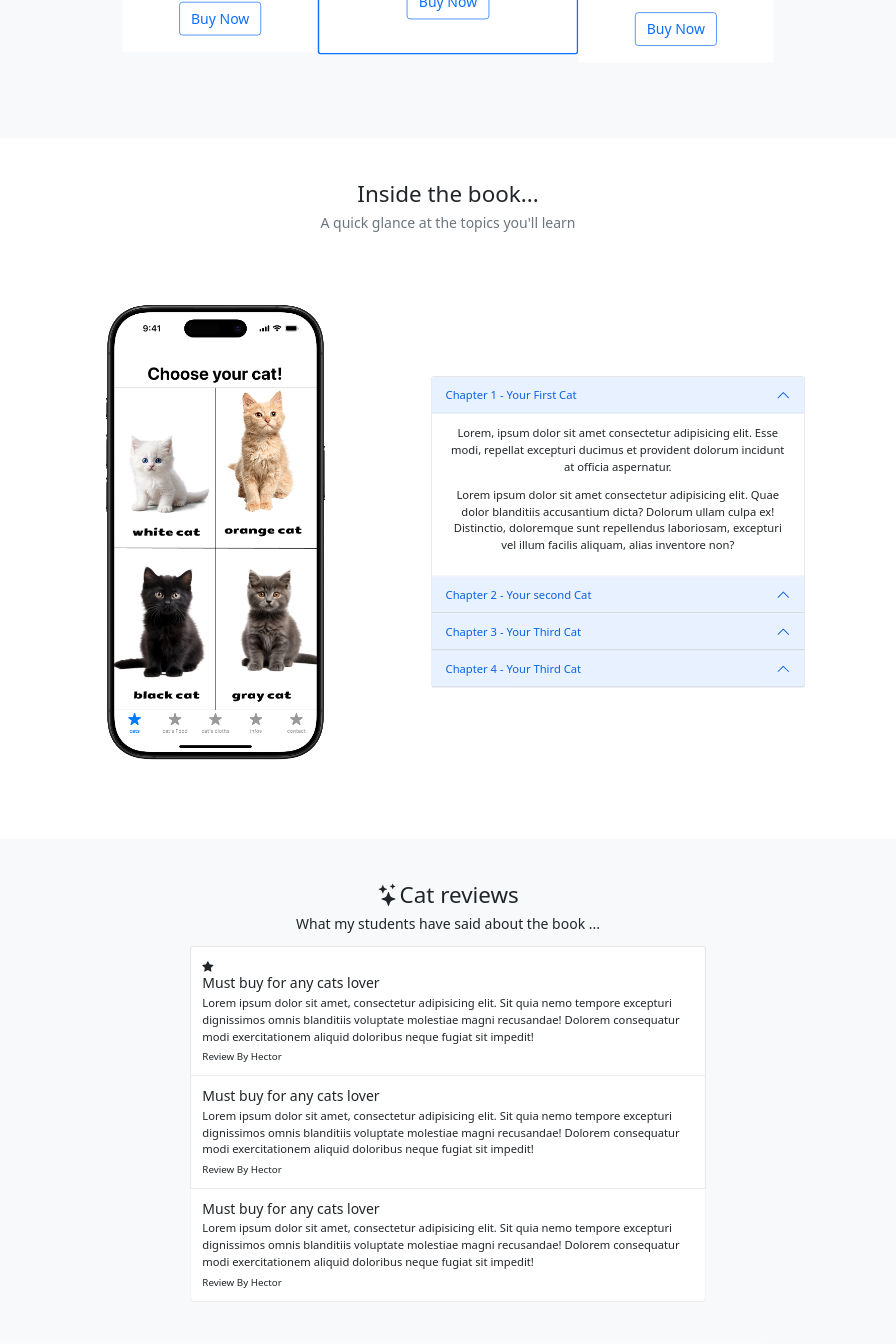
Repository: rihebtlh/catty-storefront
Page: index.html
An editor plug-in stored every save of this project. The page is shown before and after a run of saves, followed by the edit.
The browser window is 1280 px wide. The pictures show the part of the page from y = 1261 to 3181 px (the page is 3181 px tall before and 3157 px after), at 70% of full size.

Above is the page before, as saved 2025-06-18 16:43:45.

### index.html
<!DOCTYPE html>
<html lang="en">
<head>
  <meta charset="UTF-8" />
  <meta name="viewport" content="width=device-width, initial-scale=1.0" />
  <link
    href="https://cdn.jsdelivr.net/npm/bootstrap@5.0.2/dist/css/bootstrap.min.css"
    rel="stylesheet"
    integrity="sha384-EVSTQN3/azprG1Anm3QDgpJLIm9Nao0Yz1ztcQTwFspd3yD65VohhpuuCOmLASjC"
    crossorigin="anonymous"
  />
  <link rel="stylesheet" href="https://cdn.jsdelivr.net/npm/bootstrap-icons@1.13.1/font/bootstrap-icons.min.css">
  <title>Catty</title>
  <style>
    section {
      padding: 60px 0;
    }
  </style>
</head>
<body>
  <!-- Navbar -->
    <nav class="navbar navbar-expand-md navbar-light bg-light">
        <div class="container-xxl">
            <a href="#intro" class="navbar-brand">
                <span class="fw-bold text-secondary">Catty - find your cat</span>
            </a>
      <!-- Toggle button -->
            <button
                class="navbar-toggler"
                type="button"
                data-bs-toggle="collapse"
                data-bs-target="#main-nav"
                aria-controls="main-nav"
                aria-expanded="false"
                aria-label="Toggle navigation">
                <span class="navbar-toggler-icon"></span>
            </button>
      <!-- Navbar links -->
            <div class="collapse navbar-collapse justify-content-end align-center" id="main-nav">
                <ul class="navbar-nav">
                <li class="nav-item">
                    <a class="nav-link" href="#topics">About</a>
                </li>
                <li class="nav-item">
                    <a class="nav-link" href="#reviews">Reviews</a>
                </li>
                <li class="nav-item">
                    <a class="nav-link" href="#contact">Get in Touch</a>
                </li>
                <li class="nav-item d-md-none">
                    <a class="nav-link" href="#pricing">Pricing</a>
                </li>
                <li class="nav-item ms-2 d-none d-md-inline">
                    <a class="btn btn-secondary" href="#pricing">Get it Now</a>
                </li>
                </ul>
            </div>
        </div>
    </nav>

  <!-- Main image & intro text -->
  <section id="intro">
    <div class="container-lg">
      <div class="row justify-content-center align-items-center">
        <div class="col-md-5 text-center text-md-start">
          <h1>
            <div class="display-2">Catty</div>
            <div class="display-5 text-muted">Where every kitty feels at home</div>
          </h1>
          <p class="lead my-4 text-muted">
            Lorem ipsum dolor sit amet consectetur adipisicing elit.
          </p>
          <a href="#pricing" class="btn btn-secondary btn-lg">Get your cat Now!</a>
        </div>
        <div class="col-md-5 text-center d-none d-md-block">
          <img class="img-fluid" src="/assets/catLogo.webp" alt="cat" />
        </div>
      </div>
    </div>
  </section>

    <!-- pricing plans -->
    <!-- pricing plans -->
  <section id="pricing" class="bg-light mt-5">
    <div class="container-lg">
      <div class="text-center">
        <h2>Pricing Plans</h2>
        <p class="lead text-muted">Choose a pricing plan to suit you.</p>
      </div>

      <div class="row my-5 g-0 align-items-center justify-content-center"> <!--g-0 is for the gap so this one there's no gap-->
        <div class="col-8 col-lg-4 col-xl-3">
          <div class="card border-0">
            <div class="card-body text-center py-4">
              <h4 class="card-title">Starter Edition</h4>
              <p class="lead card-subtitle">eBook download only</p>
              <p class="display-5 my-4 text-primary fw-bold">$12.99</p>
              <p class="card-text mx-5 text-muted d-none d-lg-block">Lorem ipsum dolor sit amet consectetur adipisicing elit. Mollitia, vitae magni! Repellat commodi a fuga corporis saepe dolorum.</p>
              <a href="#" class="btn btn-outline-primary btn-lg mt-3">
                Buy Now
              </a>
            </div>
          </div>
        </div>

        <div class="col-9 col-lg-4">
          <div class="card border-primary border-2">
            <div class="card-header text-center text-primary">Most Popular</div>
            <div class="card-body text-center py-5">
              <h4 class="card-title">Complete Edition</h4>
              <p class="lead card-subtitle">eBook download & all updates</p>
              <p class="display-4 my-4 text-primary fw-bold">$18.99</p>
              <p class="card-text mx-5 text-muted d-none d-lg-block">Lorem ipsum dolor sit amet consectetur adipisicing elit. Mollitia, vitae magni! Repellat commodi a fuga corporis saepe dolorum.</p>
              <a href="#" class="btn btn-outline-primary btn-lg mt-3">
                Buy Now
              </a>
            </div>
          </div>
        </div>

        <div class="col-8 col-lg-4 col-xl-3">
          <div class="card border-0">
            <div class="card-body text-center py-4">
              <h4 class="card-title">Ultimate Edition</h4>
              <p class="lead card-subtitle">download, updates & extras</p>
              <p class="display-5 my-4 text-primary fw-bold">$24.99</p>
              <p class="card-text mx-5 text-muted d-none d-lg-block">Lorem ipsum dolor sit amet consectetur adipisicing elit. Mollitia, vitae magni! Repellat commodi a fuga corporis saepe dolorum.</p>
              <a href="#" class="btn btn-outline-primary btn-lg mt-3">
                Buy Now
              </a>
            </div>
          </div>
        </div>
      </div>
    </div><!-- end container -->
  </section>

    <!-- topics at a glance -->
     <section class="topics">
      <div class="container-md"> <!--100% width until meduim screens qt thispoint it will get everything at the middle-->
        <div class="text-center">
          <h2>Inside the book...</h2>
          <p class="lead text-muted">
            A quick glance at the topics you'll learn
          </p>
          <div class="row my-5 g-5 justify-content-around align-items-center">
            <div class="col-6 col-lg-4">
              <img src="/assets/phone.png" class="img-fluid" alt="ebook">
            </div>
            <div class="col-lg-6">
            <!-- accordion 1-->
            <div class="accordion" id="chapters">
              <div class="accordion-item">
                <h2 class="accordion-header" id="heading-1">
                  <button class="accordion-button" type="button" data-bs-toggle="collapse" data-bs-target="#chapter-1" aria-expanded="true" aria-controls="chapter-1">
                    Chapter 1 - Your First Cat
                  </button>
                </h2>
                <div id="chapter-1" class="accordion-collapse collapse show" aria-labelledby="heading-1" data-bs-parent="#chapters">
                  <div class="accordion-body">
                    <p>Lorem, ipsum dolor sit amet consectetur adipisicing elit. Esse modi, repellat excepturi ducimus et provident dolorum incidunt at officia aspernatur.</p>
                    <p>Lorem ipsum dolor sit amet consectetur adipisicing elit. Quae dolor blanditiis accusantium dicta? Dolorum ullam culpa ex! Distinctio, doloremque sunt repellendus laboriosam, excepturi vel illum facilis aliquam, alias inventore non?</p>

                  </div>
                </div>
              </div>
              <!-- accordion 2-->
              <div class="accordion-item">
                <h2 class="accordion-header" id="heading-2">
                  <button class="accordion-button" type="button" data-bs-toggle="collapse" data-bs-target="#chapter-2" aria-expanded="true" aria-controls="chapter-2">
                    Chapter 2 - Your second Cat
                  </button>
                </h2>
                <div id="chapter-2" class="accordion-collapse collapse" aria-labelledby="heading-2" data-bs-parent="#chapters">
                  <div class="accordion-body">
                    <p>Lorem, ipsum dolor sit amet consectetur adipisicing elit. Esse modi, repellat excepturi ducimus et provident dolorum incidunt at officia aspernatur.</p>
                    <p>Lorem ipsum dolor sit amet consectetur adipisicing elit. Quae dolor blanditiis accusantium dicta? Dolorum ullam culpa ex! Distinctio, doloremque sunt repellendus laboriosam, excepturi vel illum facilis aliquam, alias inventore non?</p>
                  </div>
                </div>
              </div>

              <!-- accordion 3-->
              <div class="accordion-item">
                <h2 class="accordion-header" id="heading-3">
                  <button class="accordion-button" type="button" data-bs-toggle="collapse" data-bs-target="#chapter-3" aria-expanded="true" aria-controls="chapter-3">
                    Chapter 3 - Your Third Cat
                  </button>
                </h2>
                <div id="chapter-3" class="accordion-collapse collapse" aria-labelledby="heading-3" data-bs-parent="#chapters">
                  <div class="accordion-body">
                    <p>Lorem, ipsum dolor sit amet consectetur adipisicing elit. Esse modi, repellat excepturi ducimus et provident dolorum incidunt at officia aspernatur.</p>
                    <p>Lorem ipsum dolor sit amet consectetur adipisicing elit. Quae dolor blanditiis accusantium dicta? Dolorum ullam culpa ex! Distinctio, doloremque sunt repellendus laboriosam, excepturi vel illum facilis aliquam, alias inventore non?</p>
                  </div>
                </div>
              </div>

              <!-- accordion 4-->
              <div class="accordion-item">
                <h2 class="accordion-header" id="heading-4">
                  <button class="accordion-button" type="button" data-bs-toggle="collapse" data-bs-target="#chapter-4" aria-expanded="true" aria-controls="chapter-4">
                    Chapter 4 - Your Third Cat
                  </button>
                </h2>
                <div id="chapter-4" class="accordion-collapse collapse" aria-labelledby="heading-4" data-bs-parent="#chapters">
                  <div class="accordion-body">
                    <p>Lorem, ipsum dolor sit amet consectetur adipisicing elit. Esse modi, repellat excepturi ducimus et provident dolorum incidunt at officia aspernatur.</p>
                    <p>Lorem ipsum dolor sit amet consectetur adipisicing elit. Quae dolor blanditiis accusantium dicta? Dolorum ullam culpa ex! Distinctio, doloremque sunt repellendus laboriosam, excepturi vel illum facilis aliquam, alias inventore non?</p>
                  </div>
                </div>
              </div>
              </div>

            </div>

          </div><!--around: spred around any free space (all the gaps are equal)-->
        </div>
      </div>
     </section>



    <!-- reviews list -->
    <section class="bg-light" id="reviews">
      <div class="container-lg">
        <div class="text-center">
          <h2><i class="bi bi-stars"></i>Cat reviews</h2>
          <p class="lead">What my students have said about the book ...</p>
        </div>
        <div class="row justify-content-center">
          <div class="col-lg-8">
            <div class="list-group">
              <div class="list-group-item py-3">
                <i class="bi bi-star-fill"></i>
                <h5 class="mb-1">Must buy for any cats lover</h5>
                <p class="mb-1">Lorem ipsum dolor sit amet, consectetur adipisicing elit. Sit quia nemo tempore excepturi dignissimos omnis blanditiis voluptate molestiae magni recusandae! Dolorem consequatur modi exercitationem aliquid doloribus neque fugiat sit impedit!</p>
                <small>Review By Hector</small>
              </div>
              <div class="list-group-item py-3">
                <h5 class="mb-1">Must buy for any cats lover</h5>
                <p class="mb-1">Lorem ipsum dolor sit amet, consectetur adipisicing elit. Sit quia nemo tempore excepturi dignissimos omnis blanditiis voluptate molestiae magni recusandae! Dolorem consequatur modi exercitationem aliquid doloribus neque fugiat sit impedit!</p>
                <small>Review By Hector</small>
              </div>
              <div class="list-group-item py-3">
                <h5 class="mb-1">Must buy for any cats lover</h5>
                <p class="mb-1">Lorem ipsum dolor sit amet, consectetur adipisicing elit. Sit quia nemo tempore excepturi dignissimos omnis blanditiis voluptate molestiae magni recusandae! Dolorem consequatur modi exercitationem aliquid doloribus neque fugiat sit impedit!</p>
                <small>Review By Hector</small>
              </div>
            </div>
          </div>
        </div>
      </div>
    </section>
    <!-- contact form -->


    <!-- get updates / modal trigger -->

  <!-- Bootstrap JS -->
  <script
    src="https://cdn.jsdelivr.net/npm/bootstrap@5.0.2/dist/js/bootstrap.bundle.min.js"
    integrity="sha384-MrcW6ZMFYlzcLA8Nl+NtUVF0sA7MsXsP1UyJoMp4YLEuNSfAP+JcXn/tWtIaxVXM"
    crossorigin="anonymous"
  ></script>
</body>
</html>

After the next 3 saves:
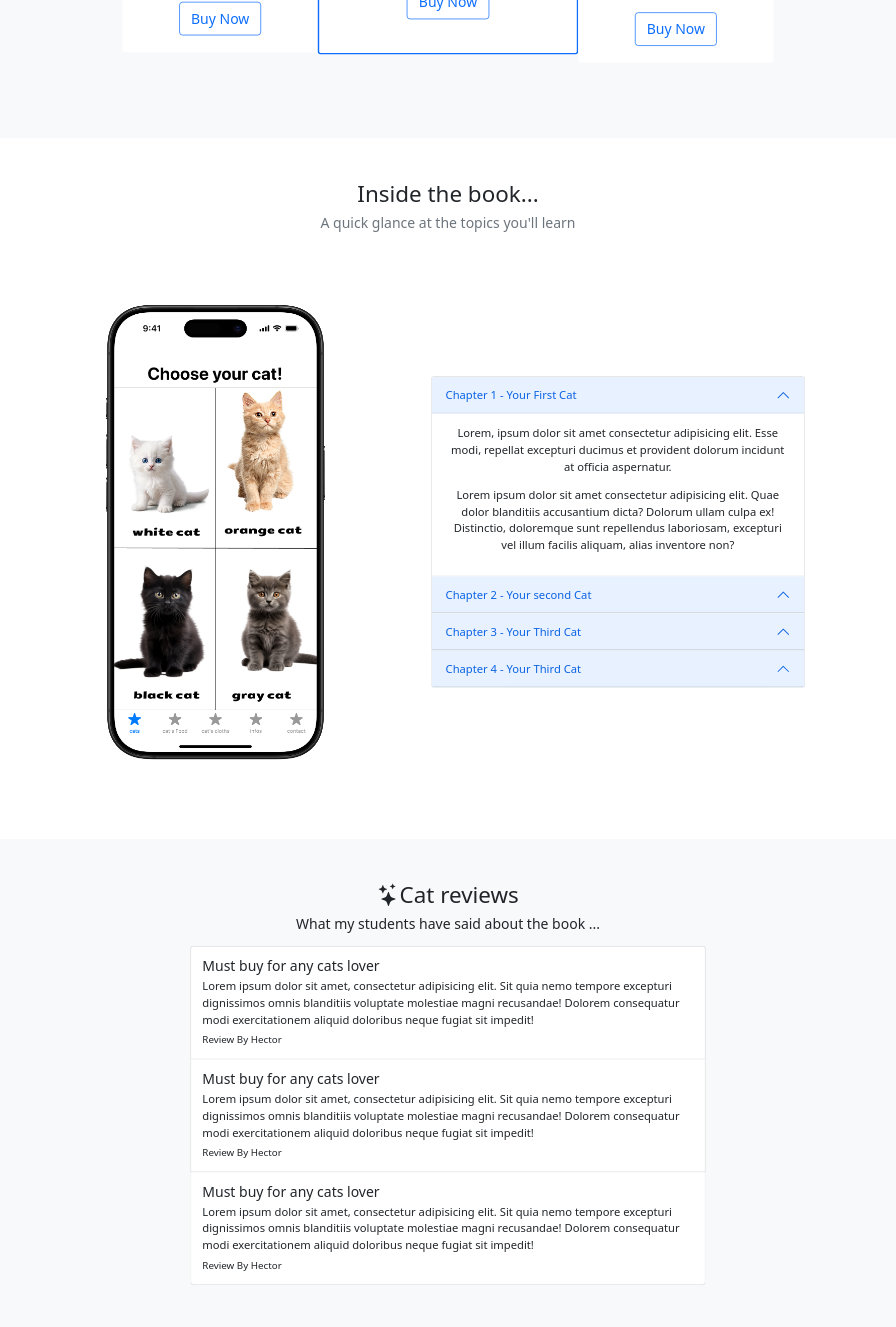
The 3 saves are shown as one change because they came seconds apart.
The last was saved 17 s later.
--- a/index.html
+++ b/index.html
@@ -230,7 +230,6 @@
           <div class="col-lg-8">
             <div class="list-group">
               <div class="list-group-item py-3">
-                <i class="bi bi-star-fill"></i>
                 <h5 class="mb-1">Must buy for any cats lover</h5>
                 <p class="mb-1">Lorem ipsum dolor sit amet, consectetur adipisicing elit. Sit quia nemo tempore excepturi dignissimos omnis blanditiis voluptate molestiae magni recusandae! Dolorem consequatur modi exercitationem aliquid doloribus neque fugiat sit impedit!</p>
                 <small>Review By Hector</small>
